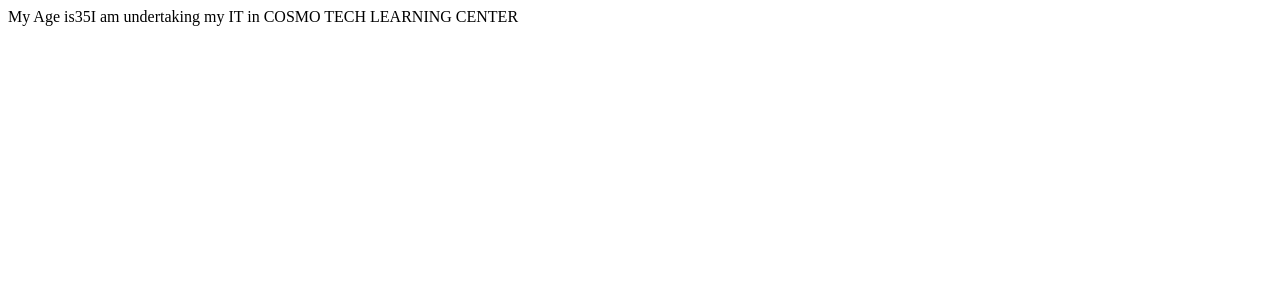
Repository: mofrey-max/clc-second
Page: index2.html
These files come from the project's save history. The page is drawn as it stood at one moment and after the next save; the edit follows.
The browser window is 1280 px wide. The pictures show the whole page.

Above is the page before, as saved 2020-06-08 11:07:47.

After the next save:
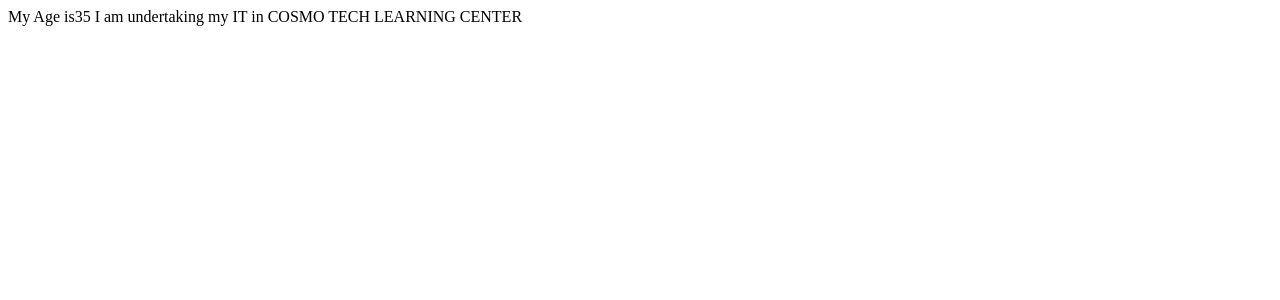
Saved 30 s later.
--- a/js/examlpe.js
+++ b/js/examlpe.js
@@ -2,4 +2,4 @@
 let my = 'COSMO TECH LEARNING CENTER'
 let myAge = 23+12;
 
-document.write("My Age is" +myAge +"I am undertaking my IT in "+my);
+document.write("My Age is" +myAge+" "+"I am undertaking my IT in "+my);
